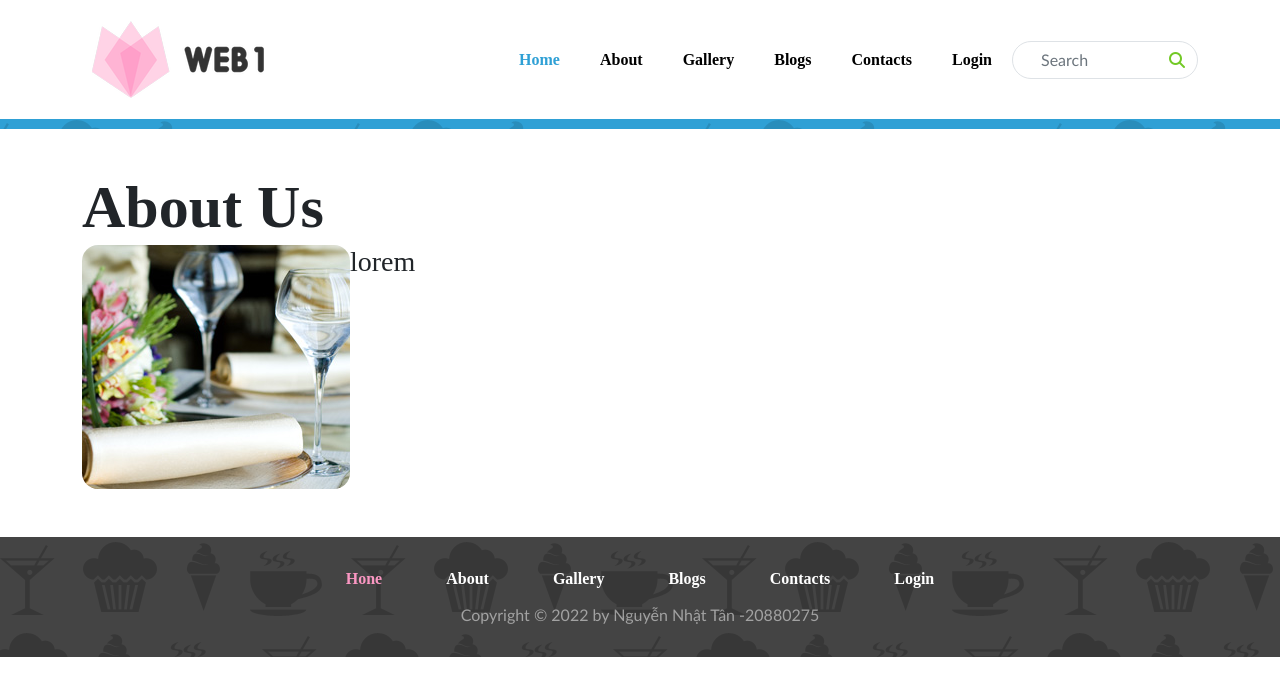
Repository: carembanhkem/web1-20880275
Page: about.html
An editor plug-in stored every save of this project. The page is shown before and after the next save, followed by the edit.
The browser window is 1280 px wide. The pictures show the whole page.
Some web fonts or font styles are not loaded; a fallback is used. Some web libraries are served in a nearby version.

Above is the page before, as saved 2023-02-06 11:14:44.
Console error: ReferenceError: bootstrap is not defined

### about.html
<!doctype html>
<html lang="en">

<head>
    <title>20880275 - Web1 Project</title>
    <!-- Required meta tags -->
    <meta charset="utf-8">
    <meta name="viewport" content="width=device-width, initial-scale=1, shrink-to-fit=no">
    <!-- Favicon-->
    <link rel="shortcut icon" href="images/favicon.ico" type="image/x-icon">
    <!-- FontAweSome-->
    <script src="https://kit.fontawesome.com/ee054dad92.js" crossorigin="anonymous"></script>
    <!-- Google Fonts -->
    <link rel="preconnect" href="https://fonts.googleapis.com">
    <link rel="preconnect" href="https://fonts.gstatic.com" crossorigin>
    <link href="https://fonts.googleapis.com/css2?family=Changa+One&display=swap" rel="stylesheet">
    <!-- Bootstrap CSS v5.2.1 -->
    <link href="https://cdn.jsdelivr.net/npm/bootstrap@5.2.1/dist/css/bootstrap.min.css" rel="stylesheet"
        integrity="sha384-iYQeCzEYFbKjA/T2uDLTpkwGzCiq6soy8tYaI1GyVh/UjpbCx/TYkiZhlZB6+fzT" crossorigin="anonymous">
    <link rel="stylesheet" href="css/20880275.css">
</head>

<body>
    <header class="container">
        <nav class="navbar navbar-expand-sm navbar-light">
            <a class="navbar-brand" href="#">
                <img src="images/logo.png" alt="Web1 Logo">
            </a>
            <button class="navbar-toggler d-lg-none" type="button" data-bs-toggle="collapse" data-bs-target="#menu-header" aria-controls="menu-header"
                aria-expanded="false" aria-label="Toggle navigation"></button>
            <div class="collapse navbar-collapse" id="menu-header">
                <ul class="navbar-nav ms-auto mt-2 mt-lg-0">
                    <li class="nav-item">
                        <a class="nav-link active" href="index.html" aria-current="page">Home <span class="visually-hidden">(current)</span></a>
                    </li>
                    <li class="nav-item">
                        <a class="nav-link" href="about.html">About</a>
                    </li>
                    <li class="nav-item">
                        <a class="nav-link" href="gallery.html">Gallery</a>
                    </li>
                    <li class="nav-item">
                        <a class="nav-link" href="blogs.html">Blogs</a>
                    </li>
                    <li class="nav-item">
                        <a class="nav-link" href="contact.html">Contacts</a>
                    </li>
                    <li class="nav-item">
                        <a class="nav-link" href="#" data-bs-toggle="modal" data-bs-target="#modalLogin">Login</a>
                    </li>
                </ul>
                <form class="d-flex my-2 my-lg-0 border rounded-pill" id="formSearch">
                    <input class="form-control border-0 ms-3" type="text" placeholder="Search">
                    <button class="btn my-2 my-sm-0 border-0" type="submit"><i class="fa-solid fa-magnifying-glass"></i></button>
                </form>
            </div>
        </nav>
    </header>

    <section id="banner-small">

    </section>

    <section class="container py-5">
        <div class="row">
            <div class="col-8">
                <h1>About Us</h1>
                <div>
                    <img src="images/about-1.jpg" alt="About us" class="float-start rounded-4">
                    <h3>lorem</h3>
                </div>
            </div>
        </div>
    </section>

    <!-- Footer -->
    <footer class="text-center container-fluid text-white py-3">
        <ul class="nav justify-content-center py-3" id="menu-footer">
            <li class="nav-item">
                <a class="nav-link active" href="#" aria-current="page">Hone</a>
            </li>
            <li class="nav-item">
                <a class="nav-link" href="about.html">About</a>
            </li>
            <li class="nav-item">
                <a class="nav-link" href="gallery.html">Gallery</a>
            </li>
            <li class="nav-item">
                <a class="nav-link" href="blogs.html">Blogs</a>
            </li>
            <li class="nav-item">
                <a class="nav-link" href="contact.html">Contacts</a>
            </li>
            <li class="nav-item">
                <a class="nav-link" href="#" data-bs-toggle="modal" data-bs-target="#modalLogin">Login</a>
            </li>
        </ul>
        <p class="text-white-50">Copyright &copy; 2022 by  Nguyễn Nhật Tân -20880275</p>
    </footer>

    <!-- Modal Body -->
    <!-- if you want to close by clicking outside the modal, delete the last endpoint:data-bs-backdrop and data-bs-keyboard -->
    <div class="modal fade" id="modalLogin" tabindex="-1" data-bs-backdrop="static" data-bs-keyboard="false" role="dialog" aria-labelledby="modalTitleId" aria-hidden="true">
        <div class="modal-dialog modal-dialog-scrollable modal-dialog-centered modal-sm" role="document">
            <div class="modal-content">
                <div class="modal-header">
                    <button type="button" class="btn-close" data-bs-dismiss="modal" aria-label="Close"></button>
                </div>
                <div class="modal-body">
                    <form action="#" method="post" id="formLogin">
                        <h3 class="text-center">Login Form</h3>
                        <div class="mb-3">
                            <input type="text" name="username" id="username" placeholder="Username" class="form-control">
                        </div>
                        <div class="mb-3">
                            <input type="password" name="password" id="password" placeholder="Password" class="form-control">
                        </div>
                        <button type="submit" class="form-control btn">Login</button>
                    </form>
                </div>
                <div class="modal-footer">

                </div>
            </div>
        </div>
    </div>


    <!-- Optional: Place to the bottom of scripts -->
    <script>
        const myModal = new bootstrap.Modal(document.getElementById('modalLogin'), options)

    </script>

    <!-- Boostrap JavaScript Libraries -->
    <script src="https://cdn.jsdelivr.net/npm/@popperjs/core@2.11.6/dist/umd/popper.min.js"
        integrity="sha384-oBqDVmMz9ATKxIep9tiCxS/Z9fNfEXiDAYTujMAeBAsjFuCZSmKbSSUnQlmh/jp3" crossorigin="anonymous">
    </script>

    <script src="https://cdn.jsdelivr.net/npm/bootstrap@5.2.1/dist/js/bootstrap.min.js"
        integrity="sha384-7VPbUDkoPSGFnVtYi0QogXtr74QeVeeIs99Qfg5YCF+TidwNdjvaKZX19NZ/e6oz" crossorigin="anonymous">
    </script>
</body>

</html>

### css/20880275.css
:root {
    --web1-pink: #FA97C2;
    --web1-blue: #2FA0D5;
    --web1-green: #73C926;
}

body {
    font-family: 'Trebuchet MS', Arial, Helvetica, sans-serif;
    font-size: 16px;
    line-height: 20px;
}

h1, h2, h3, h4 {
    font-family: 'Changa One', cursive;
    font-weight: 400;
}

h1 {
    font-size: 60px;
    line-height: 60px;
    font-weight: 900;
}

/* Header */
#menu-header a {
    display: block;
    padding: 0 1.25rem;
    font-weight: bold;
    color: black;
    font-family: 'Changa One', cursive;
}
#menu-header a.active {
    color: var(--web1-blue);
}

#formSearch input {
    width: 8rem;
}

#formSearch i {
    color: var(--web1-green);
}

/* Banner */
#banner {
    background-image: url('../images/bg-banner.gif');
}

#banner > div {
    background: url('../images/logo_bg.png') left top no-repeat, url('../images/search_bg.png') right top no-repeat;
    padding: 5rem 0  3rem 0;
}

#banner a {
    background-color: var(--web1-pink);
    font-family: 'Changa One', cursive;
    font-size: 2rem;
}

#banner .carousel-item {
    min-height: 15rem; /*Do chieu cao khong co dinh nen minheight bang cai lon nhat de ko bi xe dich*/
}

#banner .carousel-indicators li {
    width: 1.2rem;
    height: 1.2rem;
    border-radius: 1.2rem; /* de no thanh hinh tron*/
    border: none; /* de no thanh hinh tron vi width = height = border radius*/
    margin: 0 0.25rem;
    position: relative;
}

#banner .carousel-indicators li span {
    position: absolute;
    top: 0.3rem;
    left: 0.3rem;
    width: 0.6rem;
    height: 0.6rem;
    border-radius: 0.6rem;
    border: none;
    text-align:left;
    text-indent: -9999px;
}

#banner .carousel-indicators li.active span{
    background-color: var(--web1-green);
}

/* banner small */
#banner-small {
    background-image: url(../images/bg-banner.gif);
    padding: 5px;
}

/* products */
.readmore {
    color: var(--web1-blue);
    margin-top: -4px;
}

.web1-text-blue {
    color: var(--web1-blue);
}

/* about us */
#aboutus {
    background-color: var(--web1-pink);
}

#formSignUp {
    border-style: dashed !important;
    border-color: rgba(0,0,0,0.5) !important;
}

/* news */
#news .date {
    background-color: var(--web1-green);
    width: 6rem;
    padding: 1.5rem;
}

/* Footer*/
footer {
    background-image: url('../images/bg-footer.gif');
}

#menu-footer a {
    color: white;
    font-weight: bold;
    font-family: 'Changa One', cursive;
    display: block;
    padding: 0 2rem;
}

#menu-footer a.active {
    color: var(--web1-pink);
}

/* Modal Login*/
#formLogin button[type="submit"]{
    background-color: var(--web1-blue);
    color: white;
}

After the next save:
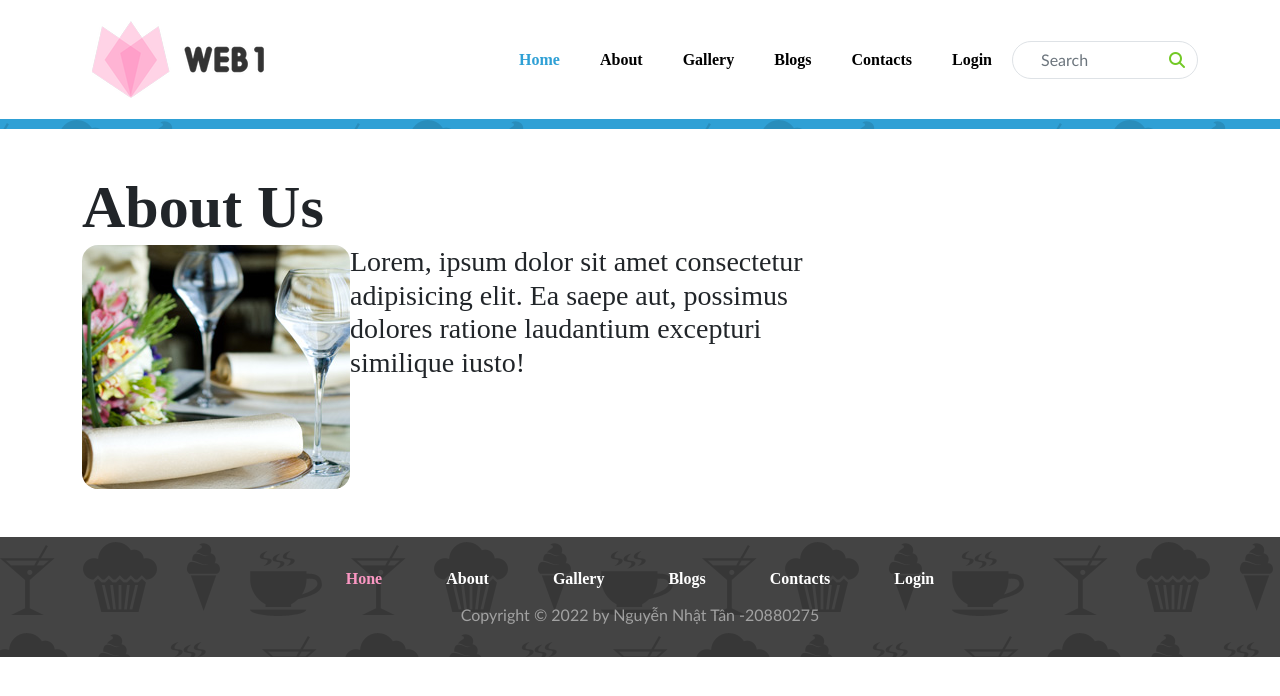
Saved 6 s later.
--- a/about.html
+++ b/about.html
@@ -67,7 +67,7 @@
                 <h1>About Us</h1>
                 <div>
                     <img src="images/about-1.jpg" alt="About us" class="float-start rounded-4">
-                    <h3>lorem</h3>
+                    <h3>Lorem, ipsum dolor sit amet consectetur adipisicing elit. Ea saepe aut, possimus dolores ratione laudantium excepturi similique iusto!</h3>
                 </div>
             </div>
         </div>
